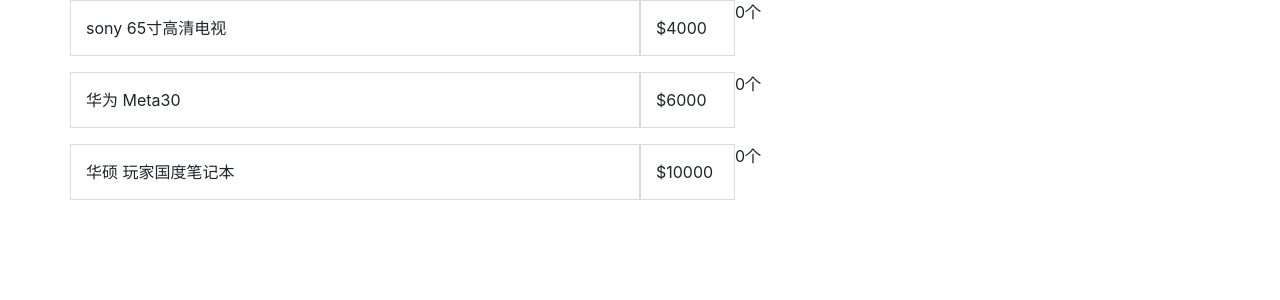
Repository: cuilongshui/reaact_dom
Page: /
An editor plug-in stored every save of this project. The page is shown before and after the next save, followed by the edit.
The browser window is 1280 px wide. The pictures show the whole page.
The project was rebuilt for these pictures with package versions that can differ from the ones it lists, and the page was loaded fresh each time. Also part of the build but not shown: src/App.css.

Above is the page before, as saved 2020-12-10 23:01:29.

After the next save:
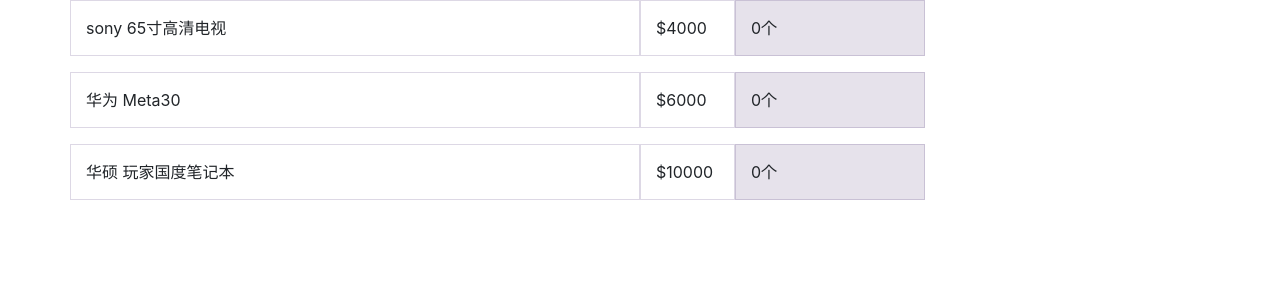
Saved 60 s later.
--- a/src/components/listItem.jsx
+++ b/src/components/listItem.jsx
@@ -1,7 +1,7 @@
 /*
  * @Author: your name
  * @Date: 2020-12-09 20:45:07
- * @LastEditTime: 2020-12-10 23:01:29
+ * @LastEditTime: 2020-12-10 23:02:29
  * @LastEditors: cui
  * @Description: In User Settings Edit
  * @FilePath: \my-app\src\components\listItem.jsx
@@ -27,7 +27,7 @@
       <div className="row mb-3">
         <div className="col-6 themed-grid-col">{this.props.data.title}</div>
         <div className="col-1 themed-grid-col">${this.props.data.price}</div>
-        <div className={"col-2 themed-grid-col" + count ? '' : '-s'}>{this.manageCount()} </div>
+        <div className={"col-2 themed-grid-col" + (count ? '' : '-s')}>{this.manageCount()} </div>
       </div>
     );
   }
